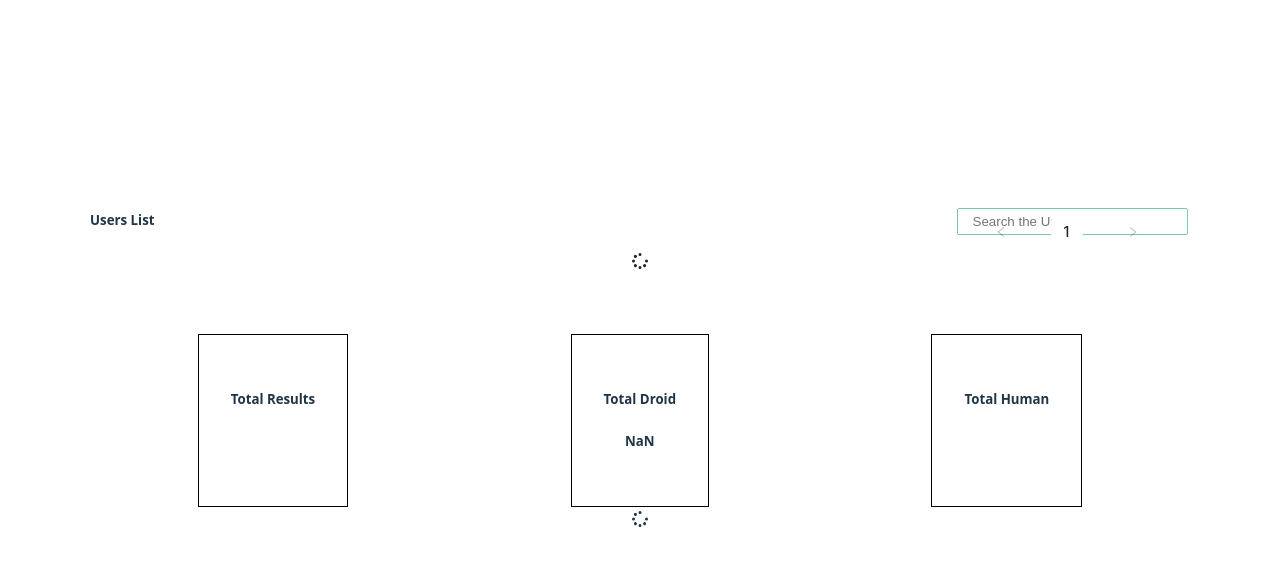
Repository: jassi73/DataTable
Page: /
These files come from the project's save history. The page is drawn as it stood at one moment and after the next save; the edit follows.
The browser window is 1280 px wide. The pictures show the whole page.
The page's requests for data from a server got no answer. The project was rebuilt for these pictures with package versions that can differ from the ones it lists, and the page was loaded fresh each time. No one was signed in, and anything a server would have sent is missing. Also part of the build but not shown: vite.config.js.

Above is the page before, as saved 2023-05-15 00:23:55.

After the next save:
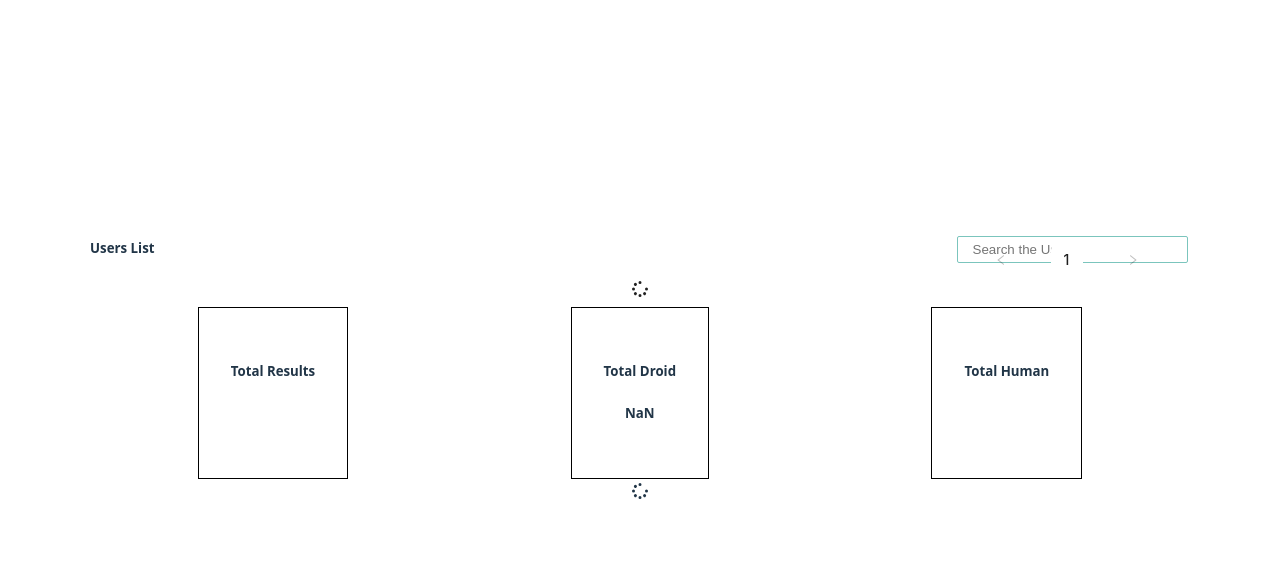
Saved 2 min 46 s later.
--- a/src/App.css
+++ b/src/App.css
@@ -50,7 +50,7 @@ table{
 .cardContainer{
   display: flex;
   justify-content:space-around;
-  margin-top:65px
+
 }
 .card{
   border: 1px solid #000;
